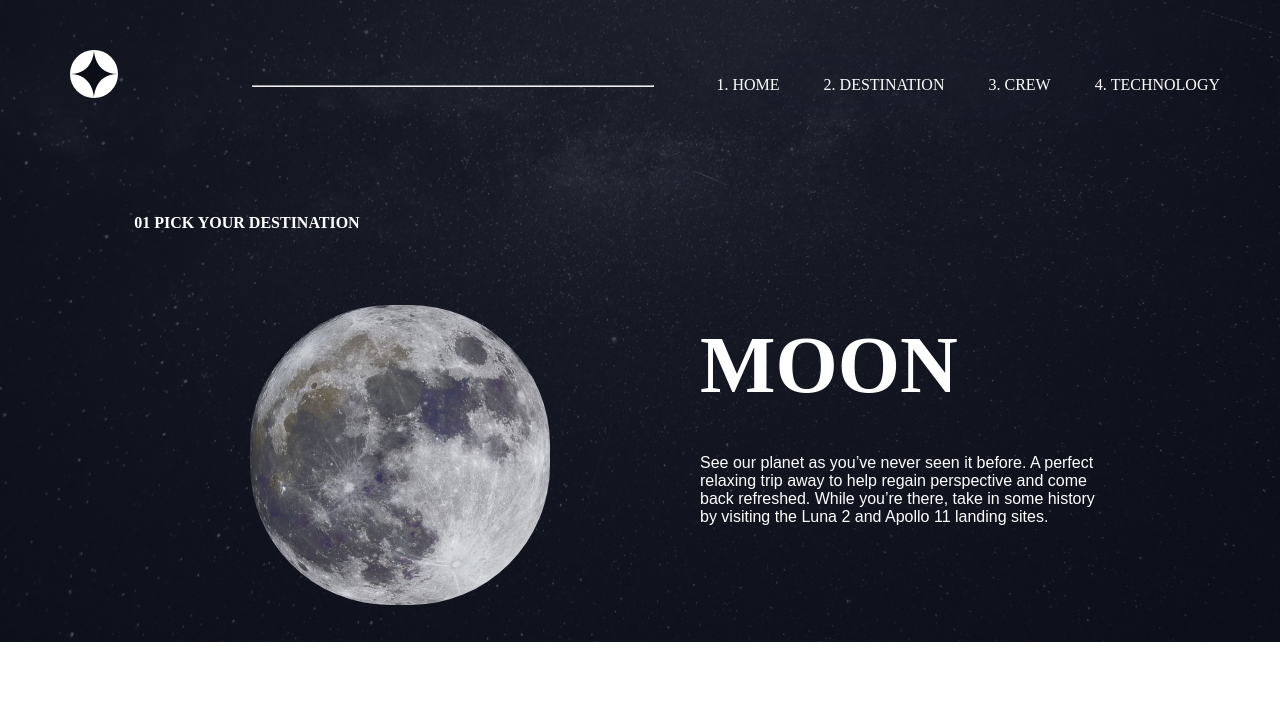
Repository: batonAnton/space_tourism
Page: destination.html
These files come from the project's save history. The page is drawn as it stood at one moment and after the next save; the edit follows.
The browser window is 1280 px wide. The pictures show the whole page.
Some web fonts or font styles are not loaded; a fallback is used.

Above is the page before, as saved 2022-05-20 10:48:22.

### destination.html
<!DOCTYPE html>
<html lang="en">
<head>
    <meta charset="UTF-8">
    <meta http-equiv="X-UA-Compatible" content="IE=edge">
    <meta name="viewport" content="width=device-width, initial-scale=1.0">
    <title>Space Tourism</title>
    <link rel="stylesheet" href="css/style2 .css">
    <link rel="preconnect" href="https://fonts.googleapis.com">
    <link rel="preconnect" href="https://fonts.gstatic.com" crossorigin>
    <link href="https://fonts.googleapis.com/css2?family=Bellefair&family=Merriweather&display=swap" rel="stylesheet">

    <link rel="preconnect" href="https://fonts.gstatic.com" crossorigin>
    <link href="https://fonts.googleapis.com/css2?family=Bellefair&family=Merriweather&display=swap" rel="stylesheet">
    <link rel="preconnect" href="https://fonts.googleapis.com">
    <link rel="preconnect" href="https://fonts.gstatic.com" crossorigin>
    <link href="https://fonts.googleapis.com/css2?family=Barlow+Condensed:wght@300&family=Bellefair&family=Merriweather&display=swap" rel="stylesheet">
</head>
<body>

    <div id="destination" class="bg">
        <div class="top-container">
            <div class="logo_img">
                <img src="/images/Icon.svg" alt="logo">

            </div>

                                             <!--navbar code -->
            <div class="nav">

                <hr>
                    <ol>

                        <li><a href="#home">home</a></li>
                        <li><a href="">destination</a></li>
                        <li><a href="">crew</a></li>
                        <li><a href="">technology</a></li>

                    </ol>

            </div>
        </div>

        <div class="middle_container">


            <div class="planet_img">
                <h2 class="h2_planet"> <span>01</span> pick your destination</h2>

                <div class="planet_bg">
                    <img src="/images/destination_img/moon.png"  alt="">
                </div>
            </div>



                <div class="get-info_planet">
                    <h1>moon</h1>
                    <p>See our planet as you’ve never seen it before. A perfect <br> relaxing trip away to help regain perspective and come <br> back refreshed. While you’re there, take in some history <br> by visiting the Luna 2 and Apollo 11 landing sites.</p>
                </div>


        </div>

    </div>
</body>
</html>

### css/style2 .css
body {
  /* height: 900px; */
  margin: 0;
}

.bg {
  background-image: url(/images/destination_img/bg.jpg);
  height: 100%;
  background-position: center;
  background-repeat: no-repeat;
  background-size: cover;
}

.top-container {
  /* display: inline-block; */
  padding: 50px 0px 50px 70px;
  /* width: 100%; */
}

.logo_img {
  /* width: 555px; */
  float: left;
}

hr {
  width: 400px;
  position: absolute;
  margin: 25px 0px 100px -390px;
}

.nav {
  /* width: 60%; */
  /* margin-left: 408px; */
  position: relative;
  float: right;
  clear: none;
  /* border: 1px solid #979797; */
  padding: 10px 0px 10px 0px;
  backdrop-filter: blur(85px);
  text-transform: uppercase;
}
.nav a {
  text-decoration: none;
}

.nav a:after {
  background: none repeat scroll 0 0 transparent;
  bottom: 0;
  content: "";
  display: block;
  height: 2px;
  left: 50%;
  position: absolute;
  background: #fff;
  transition: width 0.3s ease 0s, left 0.3s ease 0s;
  width: 0;
}
a:hover:after {
  width: 10%;
  left: 0;
}

ol {
  display: inline-flex;
  /* width: 200px; */
  margin-left: 50px;
}

li {
  padding: 0px 60px 0px 0px;
  color: #ffffff;
}

.nav a {
  color: #ffffff;
  font-family: "Bellefair", serif;
  /* font-family: "Merriweather", serif; */
}

/* middle-container property */
.middle_container {
  display: inline-flex;
}

.get-info_planet {
  margin: 130px 100px 100px 150px;
}

.h2_planet {
  height: 1px;
  display: block;
  margin: -176px 0px 90px -193px;
  font-size: 16px;
}

.planet_bg img {
  height: 300px;
  border-radius: 140px 140px 140px 140px;
}

h1,
h2,
p {
  color: #ffffff;
}

h1,
h2 {
  text-align: center;
  width: 380px;
  text-transform: uppercase;
  font-family: "Bellefair", serif;
}

h1 {
  font-size: 5rem;
  height: 80px;
  text-align: left;
  margin-top: 70px;
}

p {
  width: 444px;
  text-align: left;
  font-family: "Barlow Condensed", sans-serif;
}

.planet_img {
  margin: 270px 0px 0px 250px;
}

After the next save:
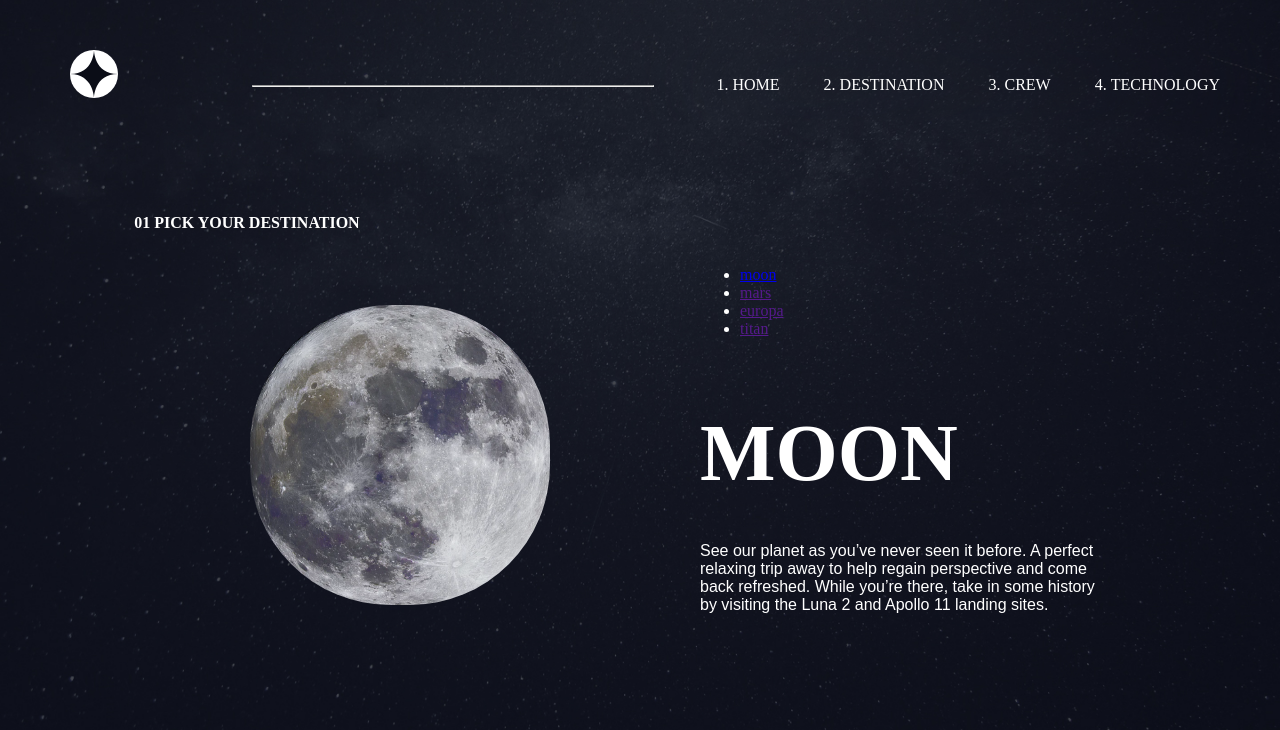
Saved 3 min 48 s later.
--- a/destination.html
+++ b/destination.html
@@ -55,6 +55,16 @@
 
 
                 <div class="get-info_planet">
+
+                    <div class="nav_planet">
+                            <ul>
+
+                                <li><a href="#home">moon</a></li>
+                                <li><a href="">mars</a></li>
+                                <li><a href="">europa</a></li>
+                                <li><a href="">titan</a></li>
+
+                            </ul>
                     <h1>moon</h1>
                     <p>See our planet as you’ve never seen it before. A perfect <br> relaxing trip away to help regain perspective and come <br> back refreshed. While you’re there, take in some history <br> by visiting the Luna 2 and Apollo 11 landing sites.</p>
                 </div>
